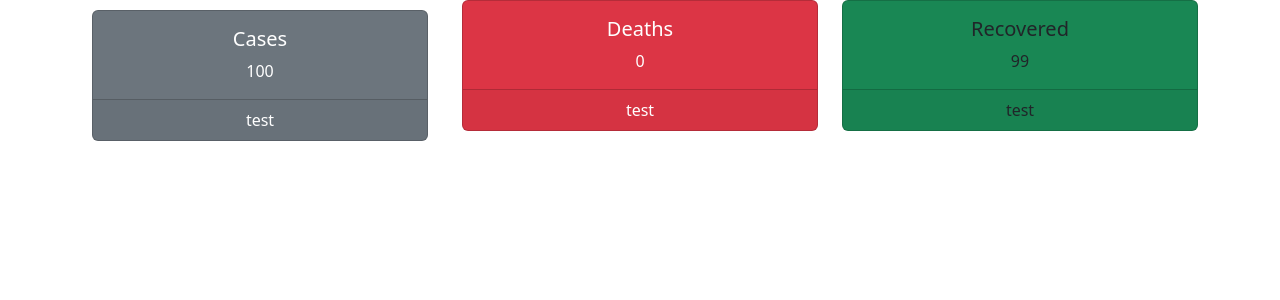
Repository: azizdeghais/CovidTracker
Page: /
An editor plug-in stored every save of this project. The page is shown before and after the next save, followed by the edit.
The browser window is 1280 px wide. The pictures show the whole page.
The project was rebuilt for these pictures with package versions that can differ from the ones it lists, and the page was loaded fresh each time. Also part of the build but not shown: vite.config.js.

Above is the page before, as saved 2023-03-09 15:51:28.

### src/main.jsx
import React from 'react'
import ReactDOM from 'react-dom/client'
import App from './App'
import 'bootstrap/dist/css/bootstrap.min.css';


ReactDOM.createRoot(document.getElementById('root')).render(
  <React.StrictMode>
    <App />
  </React.StrictMode>,
)

### src/App.jsx
import React, { useEffect } from 'react'
import axios from 'axios'
import Container from 'react-bootstrap/Container';
import Row from 'react-bootstrap/Row';
import Col from 'react-bootstrap/Col';
import Card from 'react-bootstrap/Card';



function App() {




  return (
    <Container>
      <Row >
        <Col>
          <Card className='text-center' bg='secondary' text='white' style={{margin:'10px'}} >
            <Card.Body>
              <Card.Title>Cases</Card.Title>
              <Card.Text>
                100
              </Card.Text>
            </Card.Body>
            <Card.Footer>
              test
            </Card.Footer>
          </Card>
        </Col>
        <Col>
          <Card className='text-center' bg='danger' text='white' >
            <Card.Body>
              <Card.Title>Deaths</Card.Title>
              <Card.Text>
                0
              </Card.Text>
            </Card.Body>
            <Card.Footer>
              test
            </Card.Footer>
          </Card>
        </Col>
        <Col>
          <Card className='text-center' bg='success' >
            <Card.Body>
              <Card.Title>Recovered</Card.Title>
              <Card.Text>
               99
              </Card.Text>
            </Card.Body>
            <Card.Footer>
              test
            </Card.Footer>
          </Card>
        </Col>
      </Row>
    </Container>
  )
}

export default App

Loaded but not shown: index.html (common file)

After the next save:
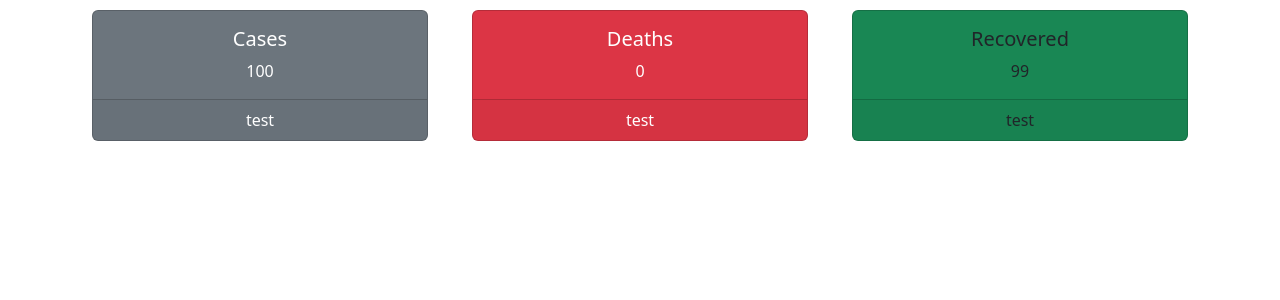
Saved 30 s later.
--- a/src/App.jsx
+++ b/src/App.jsx
@@ -29,7 +29,7 @@ function App() {
           </Card>
         </Col>
         <Col>
-          <Card className='text-center' bg='danger' text='white' >
+          <Card className='text-center' bg='danger' text='white' style={{margin:'10px'}}>
             <Card.Body>
               <Card.Title>Deaths</Card.Title>
               <Card.Text>
@@ -42,7 +42,7 @@ function App() {
           </Card>
         </Col>
         <Col>
-          <Card className='text-center' bg='success' >
+          <Card className='text-center' bg='success' style={{margin:'10px'}} >
             <Card.Body>
               <Card.Title>Recovered</Card.Title>
               <Card.Text>
